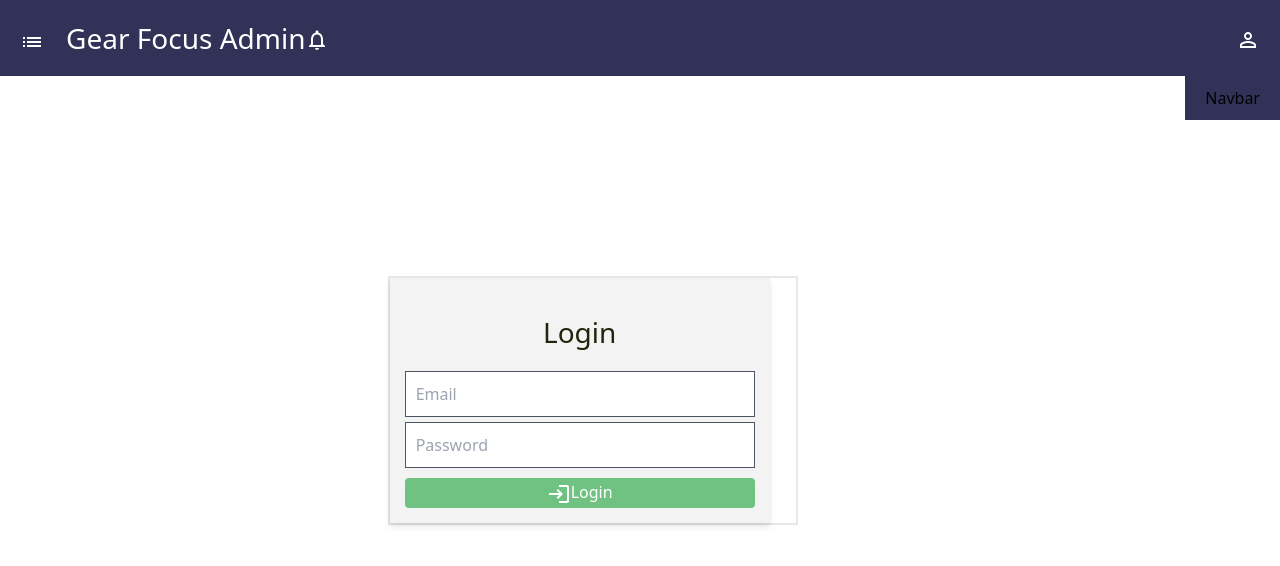
Repository: Kiendz3202/projectFinalPGS
Page: /
An editor plug-in stored every save of this project. The page is shown before and after the next save, followed by the edit.
The browser window is 1280 px wide. The pictures show the whole page.
The project was rebuilt for these pictures with package versions that can differ from the ones it lists, and the page was loaded fresh each time. Also part of the build but not shown: src/App.css, src/pages/HomePage.tsx, src/ProtectedRoute.tsx.

Above is the page before, as saved 2022-03-07 22:50:30.

After the next save:
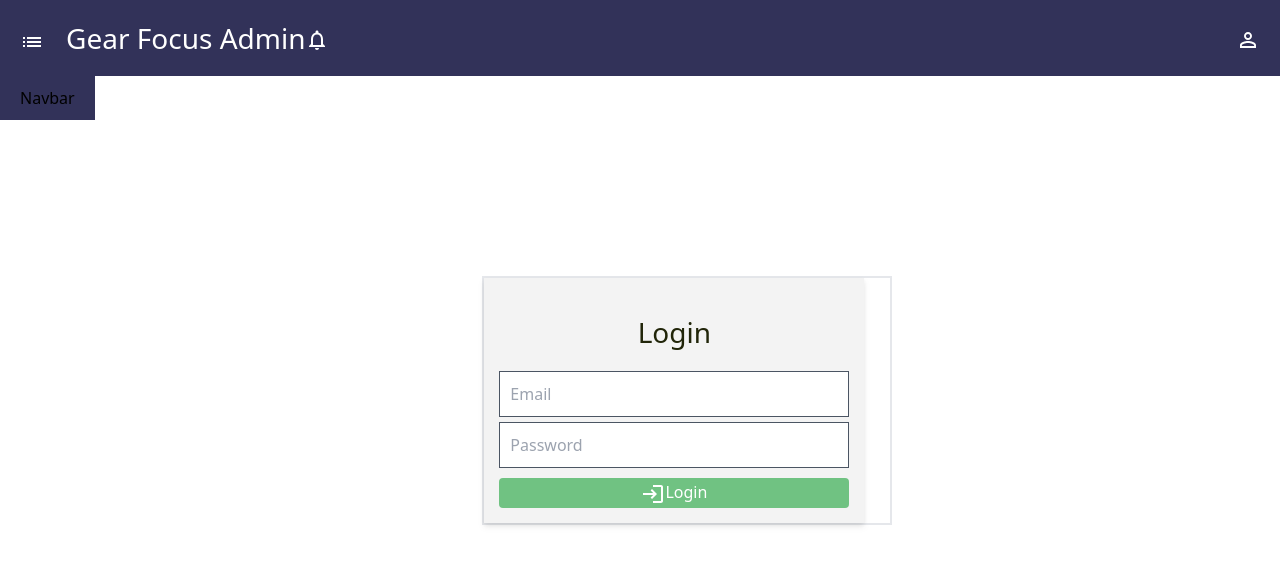
Saved 24 s later.
--- a/src/App.tsx
+++ b/src/App.tsx
@@ -11,8 +11,8 @@ function App() {
     <Fragment>
     <Header />
     <div className='flex w-full'>
+    <Navbar />
     <Router />
-    <Navbar />
     </div>
     </Fragment>
   );
